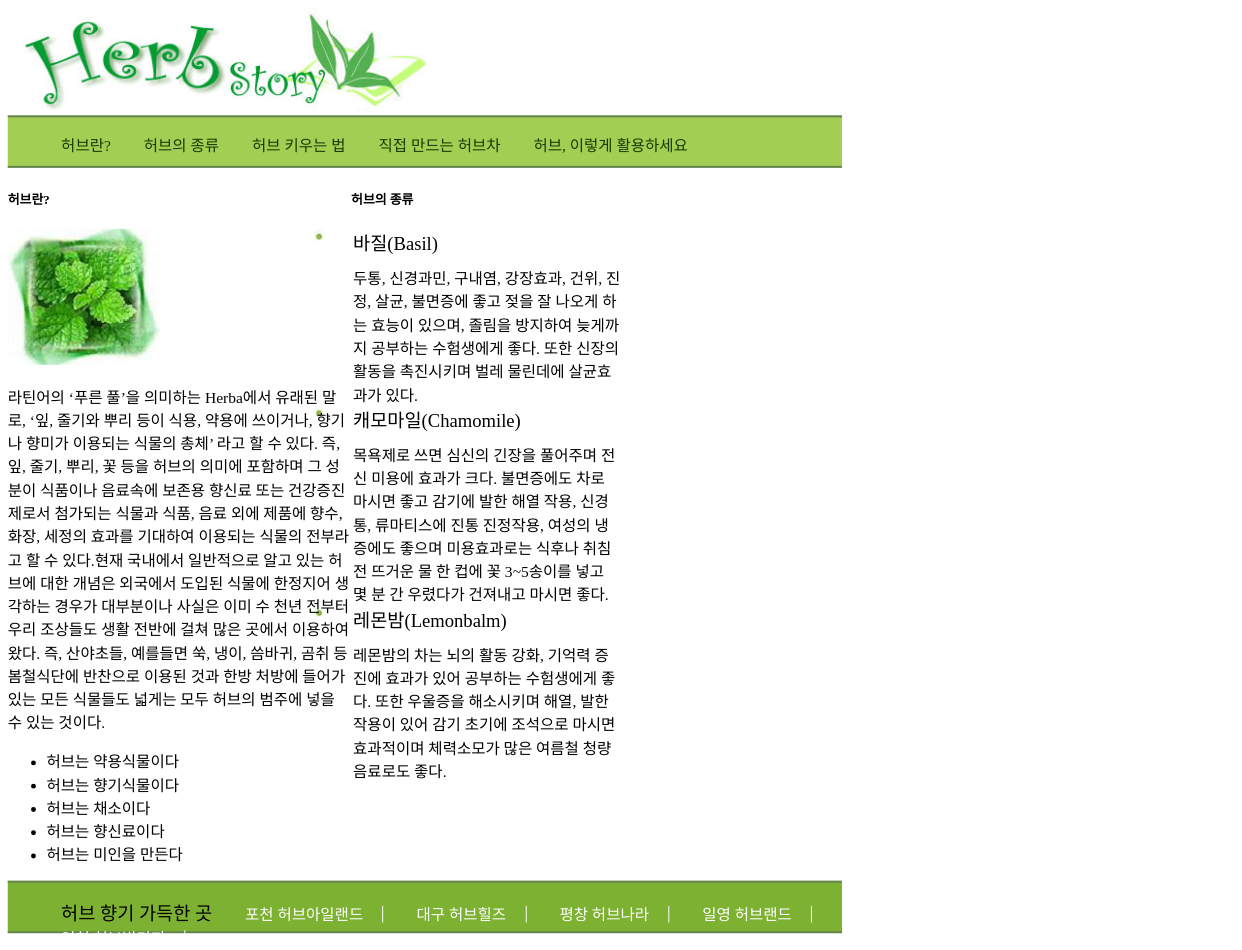
Repository: gus-123/Edu_KCC_HTML
Page: CSS/WebContent/layout.htm
The author's editor kept a copy of each file at every save. The page is drawn from the files as they stood at one save, then again after the next save.
The browser window is 1280 px wide. The pictures show the whole page, at 97% of full size.

Above is the page before, as saved 2024-07-09 08:34:54.

After the next save:
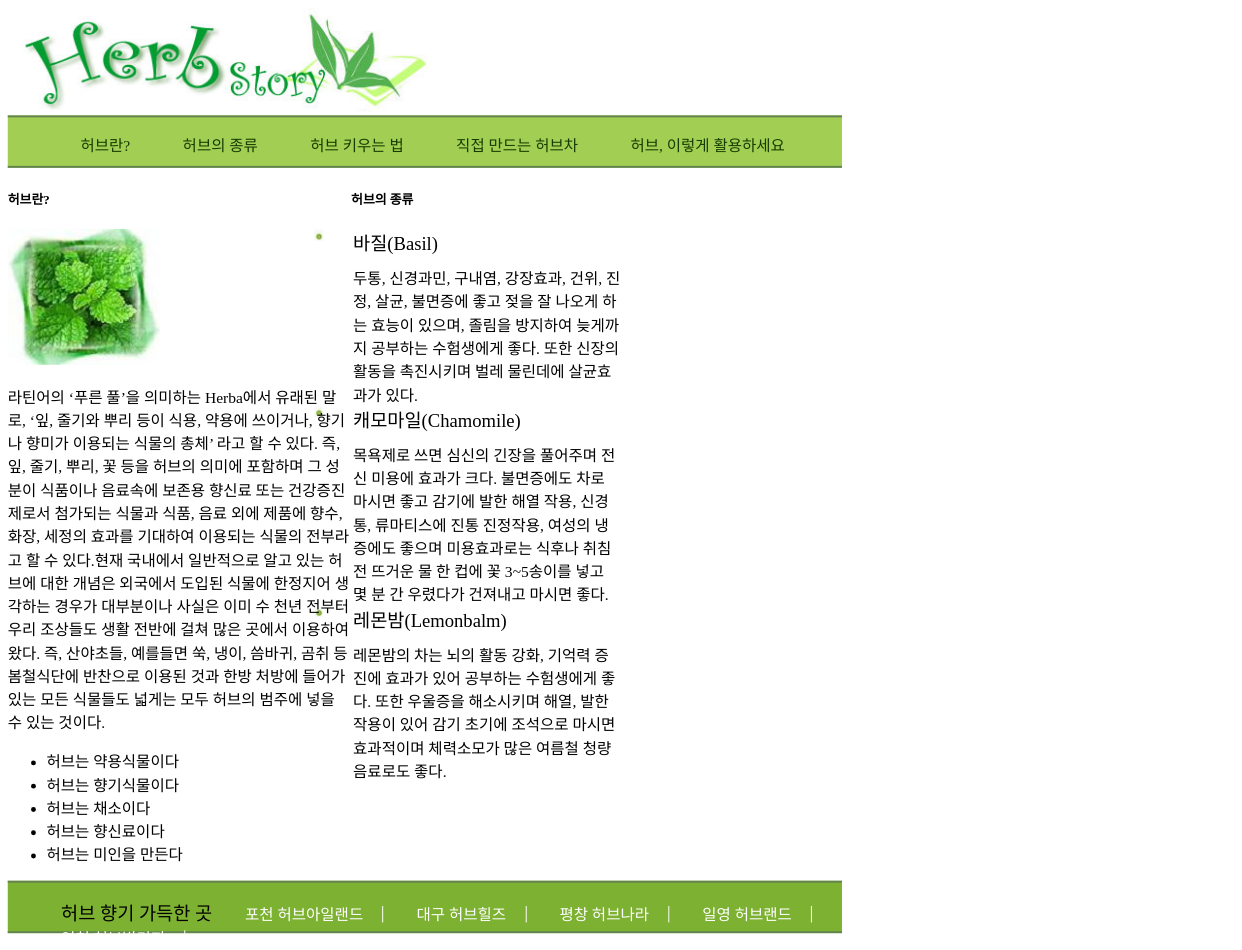
Saved 41 s later.
--- a/CSS/WebContent/layout.htm
+++ b/CSS/WebContent/layout.htm
@@ -20,6 +20,7 @@
 }
 
 #menu li a {
+	padding-left: 20px;
 	text-decoration: none;
 	color: #153c00;
 	font: bold 14px;
